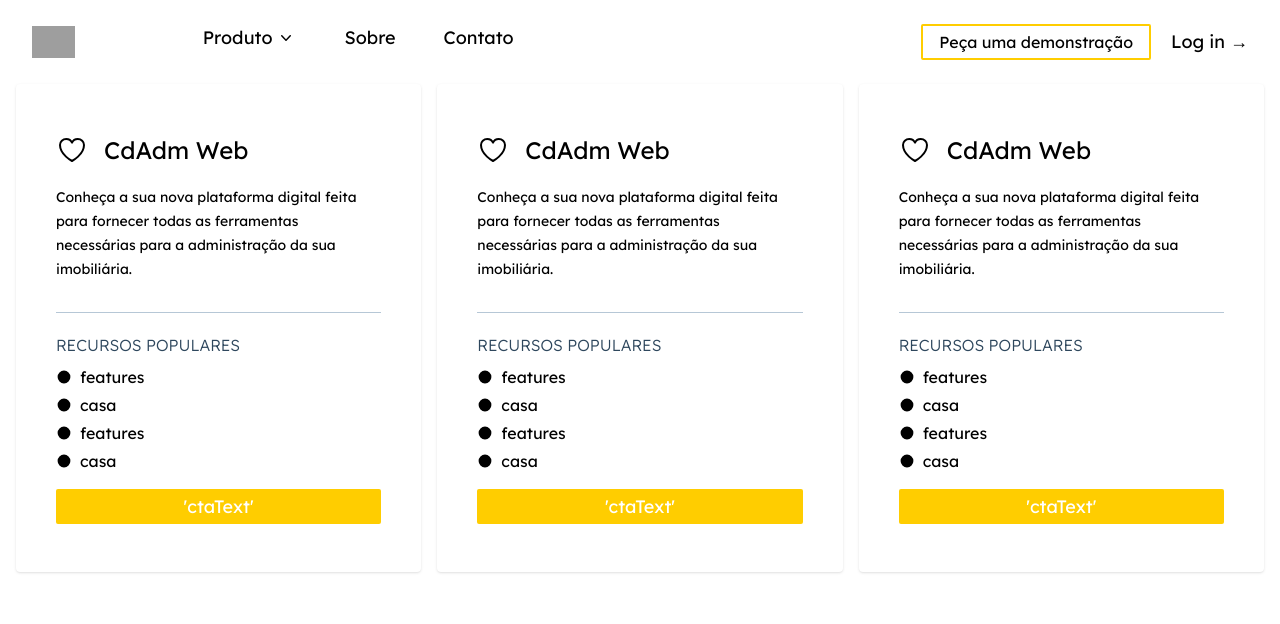
Repository: VereAbsolutum/site-institucional
Page: /
An editor plug-in stored every save of this project. The page is shown before and after the next save, followed by the edit.
The browser window is 1280 px wide. The pictures show the whole page.
Pictures or frames that could not be fetched are drawn as grey boxes. The project was rebuilt for these pictures with package versions that can differ from the ones it lists, and the page was loaded fresh each time. Also part of the build but not shown: vite.config.ts, src/presentation/components/buttons/button-primary.tsx, src/presentation/components/links/link-border-primary.tsx, src/presentation/components/links/link-border-white.tsx, src/presentation/components/typography/display.tsx, src/presentation/components/typography/heading1.tsx, src/presentation/components/typography/heading2.tsx, src/presentation/components/typography/heading3.tsx and 2 more.

Above is the page before, as saved 2023-04-14 23:53:38.

After the next save:
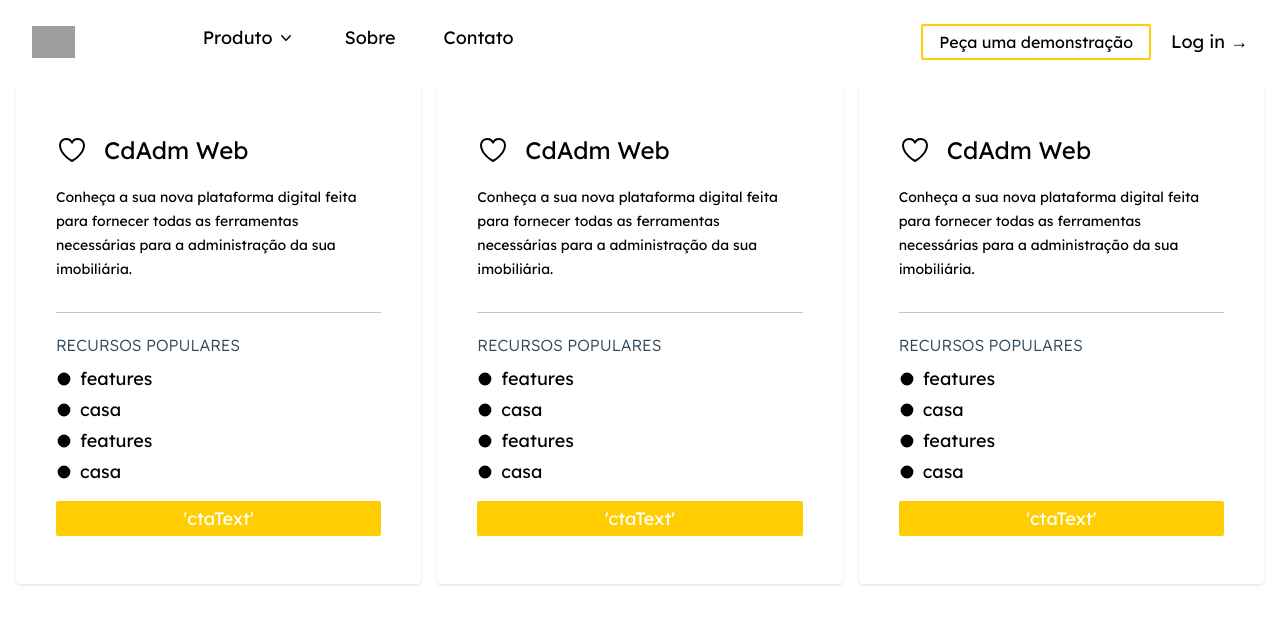
Saved 4 min 45 s later.
--- a/src/presentation/components/card/product-card.tsx
+++ b/src/presentation/components/card/product-card.tsx
@@ -1,6 +1,6 @@
 import { HeartIcon } from '@heroicons/react/24/outline';
 import React from 'react';
-import { LinkPrimary, TextParagraph, TextParagraphSmall } from '..';
+import { LinkPrimary, TextMenu, TextParagraph, TextParagraphSmall } from '..';
 
 type ProductCardProps = {
     imageUrl: string;
@@ -37,7 +37,9 @@ const ProductCard: React.FC = () => {
                                     <svg className="w-4 h-4 mr-2 text-green-500" viewBox="0 0 20 20" fill="currentColor">
                                         <path d="M10 18a8 8 0 100-16 8 8 0 000 16zm1-13a1 1 0 10-2 0v4a1 1 0 00.293.707l2.828 2.829a1 1 0 101.415-1.415L11 9.586V5z"></path>
                                     </svg>
-                                    {feature}
+                                    <TextMenu>
+                                        {feature}
+                                    </TextMenu>
                                 </li>
                             ))}
                         </ul>
